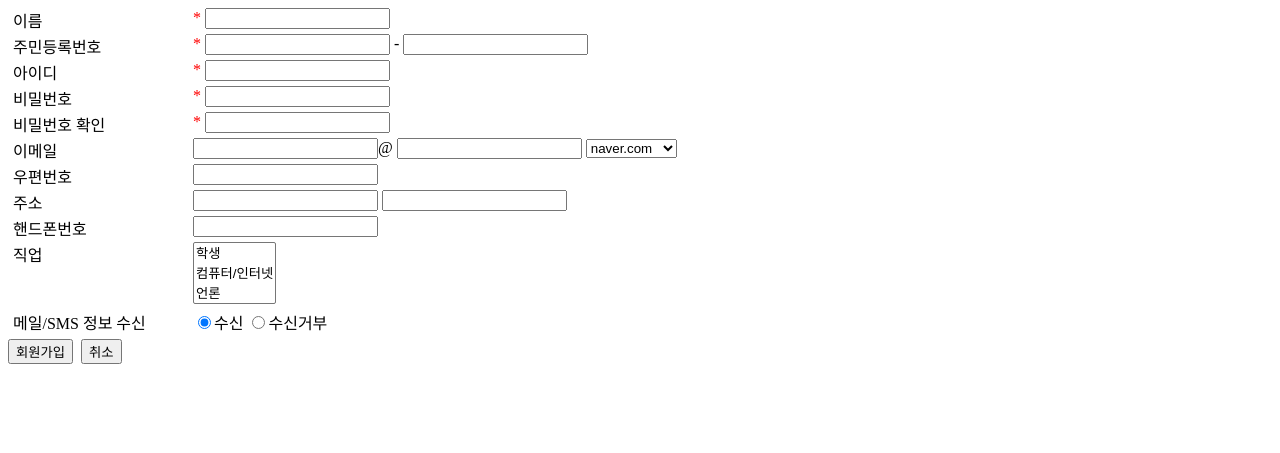
Repository: BartsimisraB/JavaPractice_
Page: http://localhost/JSPpractice2/Join.jsp
These files come from the project's save history. The page is drawn as it stood at one moment and after the next save; the edit follows.
The browser window is 1280 px wide. The pictures show the whole page.
The page is served by Tomcat 9. Other server files are loaded and not shown.

Above is the page before, as saved 2023-01-12 06:23:01.

### JSPpractice2/src/main/webapp/Join.jsp
<%@ page language="java" contentType="text/html; charset=UTF-8"
    pageEncoding="UTF-8"%>
<!DOCTYPE html>
<html>
<head>
<meta charset="UTF-8">
<title>Insert title here</title>
    <link rel="stylesheet" href="./Join.css">
    <script defer src="Join.js"></script>
</head>
<body>
    <form name="fr" action = "JoinServlet" method = "get">
      <div>
        <label class="topic" for="name">이름</label><span>*</span> <input type="text" name="name"/>
      </div>
      <div>
        <label class="topic" for="pernum">주민등록번호</label><span>*</span> <input type="text" name="pernum" /> - <input type="password" name="pernum" />
      </div>
      <div>
        <label class="topic" for="id">아이디</label><span>*</span> <input type="text" name="id"/>
      </div>
      <div>
        <label class="topic" for="pw">비밀번호</label><span>*</span> <input type="password" name="pw" />
      </div>
      <div>
        <label class="topic" for="pwcheck">비밀번호 확인</label><span>*</span> <input type="password" name="pwcheck"/>
      </div>
      <div>
        <label class="topic">이메일</label>
        <input type="text" name="email1" id="email1"/>@
        <input type="text" name="email2" id="email2"/>
        <select name = "selectEmail" id="selectEmail" onChange="checkemail();">
         	<option value="1">직접 입력</option>
         	<option value="naver.com" selected>naver.com</option>
	 		<option value="hanmail.net">hanmail.net</option>
	 		<option value="nate.com">nate.com</option>
	 		<option value="gmail.com">gmail.com</option>
        </select>
      </div>
      <div>
        <label class="topic" for="addrnum">우편번호</label><input type="text" name="addrnum"/>
      </div>
      <div>
        <label class="topic" for="addr">주소</label><input type="text" name="addr" /> <input type="text" name="addr" />
      </div>
      <div>
        <label class="topic" for="phone">핸드폰번호</label><input type="text" name="phone" />
      </div>
      <div>
        <label class="topic" for="job">직업</label>
        <select id="job" name="job" size="3" >
            <option value="학생">학생</option>
            <option value="컴퓨터/인터넷">컴퓨터/인터넷</option>
            <option value="언론">언론</option>
        </select>
      </div>
      <div>
        <label class="topic" for="info">메일/SMS 정보 수신</label>
            <input type="radio" name="info" id="info" value="ok" checked/>수신
            <input type="radio" name="info" id="info" value="no" />수신거부
      </div>
        <input id="confirm" type="button" value="회원가입" onclick="checkform()">&nbsp;&nbsp;<input type="reset" value="취소">
    </form>
</body>
</html>

### JSPpractice2/src/main/webapp/Join.css
form > div{
    margin: 5px 5px;
}
form > div >span{
    color: red;
}
.topic{
    display: inline-block;
    width: 180px;
}
#button{
    margin-left: 250px;
    float: left;
}
.topic, .topic > input{
    float: left;
}
input[type=button]{
	margin = 50px;
}

Loaded but not shown: JSPpractice2/src/main/webapp/Join.js (no copy from this time; the picture is the same without it)

After the next save:
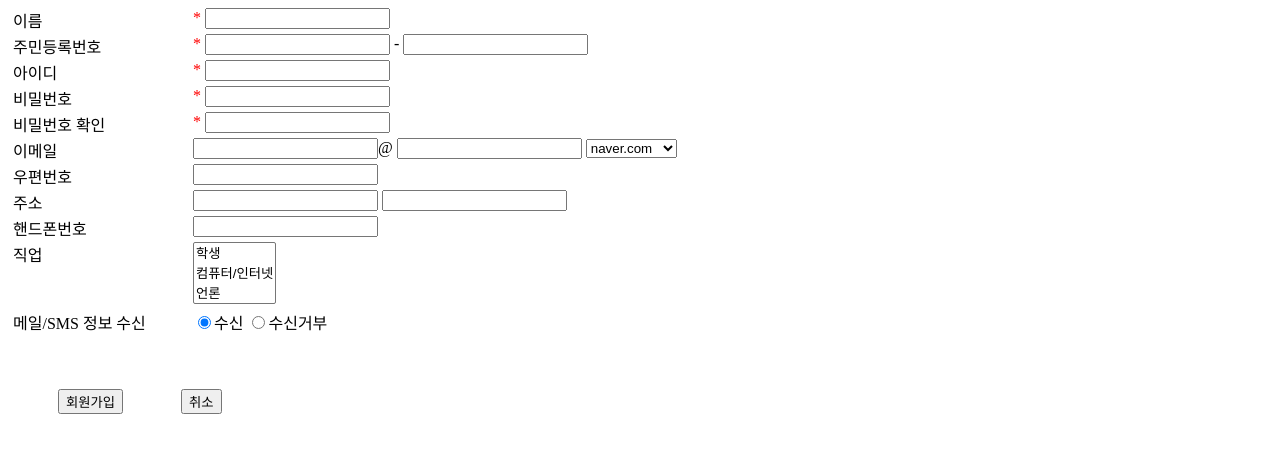
Saved 4 s later.
--- a/JSPpractice2/src/main/webapp/Join.css
+++ b/JSPpractice2/src/main/webapp/Join.css
@@ -16,5 +16,5 @@ form > div >span{
     float: left;
 }
 input[type=button]{
-	margin = 50px;
+	margin: 50px;
 }
